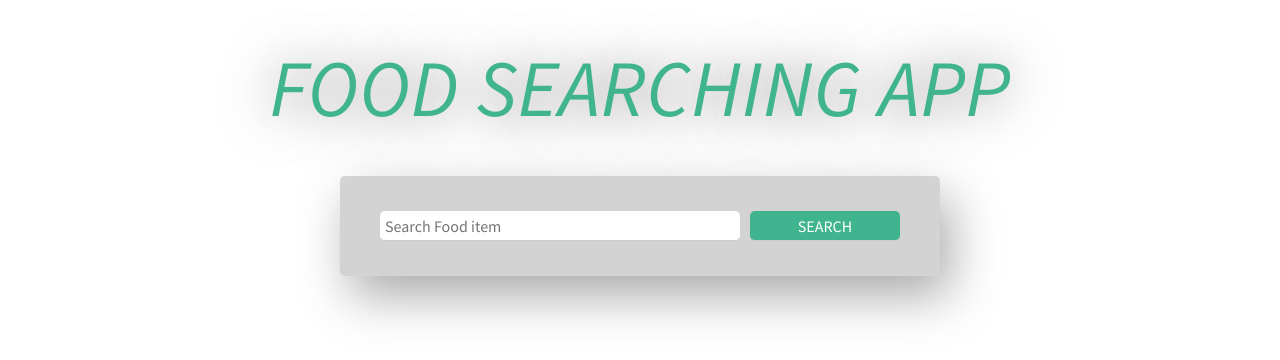
Repository: priyavmehta/React-Food-Recipe-App
Page: /
The author's editor kept a copy of each file at every save. The page is drawn from the files as they stood at one save, then again after the next save.
The browser window is 1280 px wide. The pictures show the whole page.
The project was rebuilt for these pictures with package versions that can differ from the ones it lists, and the page was loaded fresh each time. Also part of the build but not shown: src/Components/RecipeDetails.js, src/Components/Recipe.js.

Above is the page before, as saved 2020-07-09 11:46:11.

### public/index.html
<!DOCTYPE html>
<html lang="en">
  <head>
    <meta charset="utf-8" />
    <link rel="icon" href="%PUBLIC_URL%/favicon.ico" />
    <meta name="viewport" content="width=device-width, initial-scale=1" />
    <meta name="theme-color" content="#000000" />
    <meta
      name="description"
      content="Web site created using create-react-app"
    />
    <link rel="apple-touch-icon" href="%PUBLIC_URL%/logo192.png" />
    <link rel="manifest" href="%PUBLIC_URL%/manifest.json" />

    <link rel="stylesheet" href="https://stackpath.bootstrapcdn.com/bootstrap/4.4.1/css/bootstrap.min.css"
        integrity="sha384-Vkoo8x4CGsO3+Hhxv8T/Q5PaXtkKtu6ug5TOeNV6gBiFeWPGFN9MuhOf23Q9Ifjh" crossorigin="anonymous">
    <script src="https://code.jquery.com/jquery-3.4.1.slim.min.js"
        integrity="sha384-J6qa4849blE2+poT4WnyKhv5vZF5SrPo0iEjwBvKU7imGFAV0wwj1yYfoRSJoZ+n"
        crossorigin="anonymous"></script>
    <script src="https://cdn.jsdelivr.net/npm/popper.js@1.16.0/dist/umd/popper.min.js"
        integrity="sha384-Q6E9RHvbIyZFJoft+2mJbHaEWldlvI9IOYy5n3zV9zzTtmI3UksdQRVvoxMfooAo"
        crossorigin="anonymous"></script>
    <script src="https://stackpath.bootstrapcdn.com/bootstrap/4.4.1/js/bootstrap.min.js"
        integrity="sha384-wfSDF2E50Y2D1uUdj0O3uMBJnjuUD4Ih7YwaYd1iqfktj0Uod8GCExl3Og8ifwB6"
        crossorigin="anonymous"></script>

    <title>Food App</title>
  </head>
  <body>
    <noscript>You need to enable JavaScript to run this app.</noscript>
    <div id="root"></div>
    <!--
      This HTML file is a template.
      If you open it directly in the browser, you will see an empty page.

      You can add webfonts, meta tags, or analytics to this file.
      The build step will place the bundled scripts into the <body> tag.

      To begin the development, run `npm start` or `yarn start`.
      To create a production bundle, use `npm run build` or `yarn build`.
    -->
  </body>
</html>

### src/App.js
import React, { useState } from 'react';
import axios from 'axios'
import './App.css';
import Recipe from './Components/Recipe';

const App = () => {

  const [query, setQuery] = useState("")
  const [recipes, setRecipes] = useState([])

  const YOUR_APP_ID = 'a232e31f';
  const YOUR_APP_KEY = 'd3cfbfb089b421a6f5135d309faa2604';

  const url = `https://api.edamam.com/search?q=${query}&app_id=${YOUR_APP_ID}&app_key=${YOUR_APP_KEY}`

  const getData = async () => {
    const data = await axios.get(url);
    setRecipes(data.data.hits)
    console.log(data)
    setQuery("")
  }

  const onSubmit = (event) =>{
    event.preventDefault()
    getData()
  }

  const changeQuery = (event) => {
    setQuery(event.target.value)
  }

  return (
    <div className="App">
      <h1 onClick = {getData}>Food Searching App</h1>
      <form className = "search-form" onSubmit = {onSubmit}>
        <input type="text" placeholder = "Search Food item" autoComplete = "off" onChange = {changeQuery} value = {query} />
        <input type = "submit" value = "Search" />
      </form>

      <div className = "recipes">
        {
          recipes !== [] && (
          recipes.map(recipe => <Recipe recipe = {recipe}/>)
          )
        }
      </div>
    </div>
  );
}

export default App;

### src/App.css
@import url("https://fonts.googleapis.com/css?family=Source+Sans+Pro:300,300i,400,400i,600,600i,700&display=swap");

* {
  font-family: "Source Sans Pro", sans-serif;
  margin: 0;
  padding: 0;
  text-decoration: none;
  list-style-type: none;
  outline: none;
}

html {
  font-size: 62.5%;
}

.App {
  display: flex;
  flex-direction: column;
  align-items: center;
}

h1 {
  font-size: 8rem;
  letter-spacing: 0.1rem;
  font-style: italic;
  color: #40b48e;
  text-shadow: 0 0.2rem 5rem rgb(119, 115, 115);
  text-transform: uppercase;
  margin: 4rem 0;
}

.search-form {
  width: 60rem;
  height: 10rem;
  display: flex;
  justify-content: center;
  align-items: center;
  background-color: #d3d3d3;
  border-radius: 0.5rem;
  margin-bottom: 5rem;
  box-shadow: 1rem 2rem 5rem #aaa;
  position: relative;
}

.alert {
  position: absolute;
  top: -3rem;
  left: 0;
  background-color: rgb(233, 72, 72);
  width: calc(100% - 0.4rem);
  border-radius: 0.5rem;
  padding: 0.2rem;
}

.alert h3 {
  font-size: 1.8rem;
  color: #fff;
  font-weight: 400;
  text-transform: uppercase;
  text-align: center;
}

.search-form input {
  font-size: 1.6rem;
  border: none;
  border-bottom: 0.1rem solid #ccc;
  margin: 0 0.5rem;
  border-radius: 0.5rem;
  height: 3rem;
}

.search-form input[type="text"] {
  padding: 0 0.5rem;
  width: 60%;
  color: #555;
}

.search-form input[type="submit"] {
  width: 25%;
  text-transform: uppercase;
  background-color: #40b48e;
  color: #fff;
}

.recipes {
  width: 90%;
  display: flex;
  align-items: center;
  flex-wrap: wrap;
  justify-content: center;
  align-items: flex-start;
}

.recipe {
  width: 30rem;
  margin: 3rem;
  display: flex;
  flex-direction: column;
  background-color: #d3d3d3;
  padding: 2rem;
  position: relative;
  border-radius: 0.5rem;
  box-shadow: 2rem 3rem 5rem #aaa;
}

.recipe h2 {
  background-color: rgba(161, 161, 161, 0.7);
  border-radius: 0.5rem;
  padding: 0.3rem 0.5rem;
  position: absolute;
  top: 2.5rem;
  left: 2.5rem;
  right: 2.5rem;
  font-size: 2.5rem;
  font-weight: 400;
  text-shadow: 0 0.5rem 0.5rem #555;
  color: #fff;
}

.recipe img {
  border-radius: 0.5rem;
  object-fit: cover;
}

.recipe a {
  font-size: 1.8rem;
  color: #40b48e;
}

/* .recipe button {
  font-size: 2rem;
  text-transform: uppercase;
  color: #fff;
  background-color: #40b48e;
  border: none;
  border-radius: 0.5rem;
  height: 3rem;
} */

.ingredient-list {
  margin-top: 1rem;
  background-color: #f0f0f0;
  border-radius: 0.5rem;
  padding: 0.5rem;
}

.ingredient-list li {
  margin: 0.5rem 0;
}

.ingredient-text {
  font-size: 1.5rem;
  color: #888;
}

.ingredient-weight {
  color: #40b48e;
  font-size: 1.3rem;
}

### src/Components/Alert.js
import React from 'react'

const Alert = () => {
    return (
        <div className = "alert">
            <h3>Alert Message</h3>
        </div>
    )
}

export default Alert

Loaded but not shown: src/index.js (common file); src/index.css (common file); src/serviceWorker.js (common file)

After the next save:
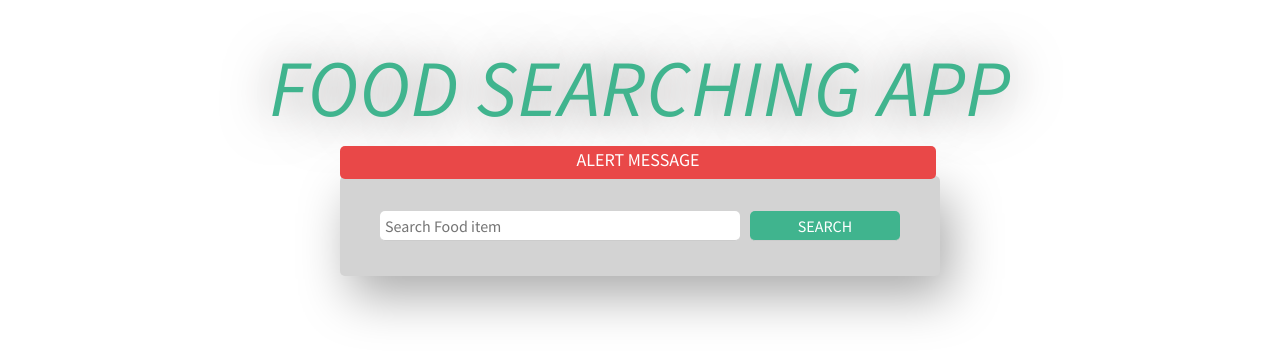
Saved 17 s later.
--- a/src/App.js
+++ b/src/App.js
@@ -2,6 +2,7 @@ import React, { useState } from 'react';
 import axios from 'axios'
 import './App.css';
 import Recipe from './Components/Recipe';
+import Alert from './Components/Alert';
 
 const App = () => {
 
@@ -33,6 +34,7 @@ const App = () => {
     <div className="App">
       <h1 onClick = {getData}>Food Searching App</h1>
       <form className = "search-form" onSubmit = {onSubmit}>
+        <Alert />
         <input type="text" placeholder = "Search Food item" autoComplete = "off" onChange = {changeQuery} value = {query} />
         <input type = "submit" value = "Search" />
       </form>
